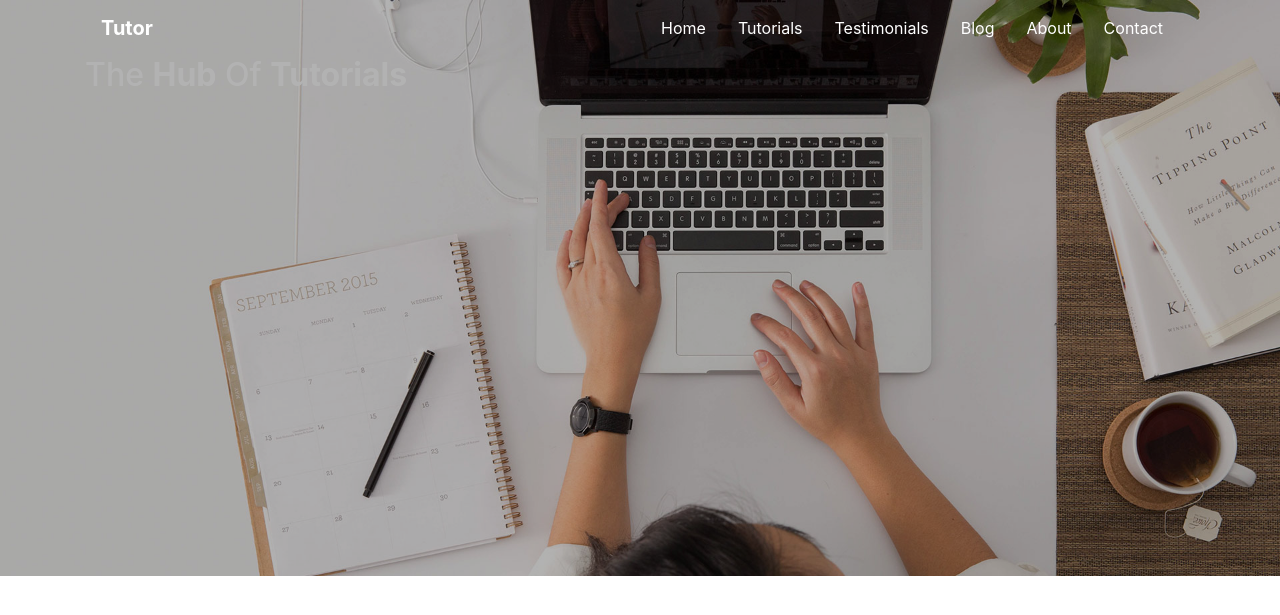
Repository: longvh2003/Tutor
Page: Views/home.html
These files come from the project's save history. The page is drawn as it stood at one moment and after the next save; the edit follows.
The browser window is 1280 px wide. The pictures show the whole page.
Some web libraries are served in a nearby version.

Above is the page before, as saved 2020-08-12 16:18:39.

### Views/home.html
<html lang="en">

<head>
    <meta charset="UTF-8">
    <meta name="viewport" content="width=device-width, initial-scale=1.0">
    <title>Home</title>
    <link rel="stylesheet" href="https://stackpath.bootstrapcdn.com/bootstrap/4.5.2/css/bootstrap.min.css"
        integrity="sha384-JcKb8q3iqJ61gNV9KGb8thSsNjpSL0n8PARn9HuZOnIxN0hoP+VmmDGMN5t9UJ0Z" crossorigin="anonymous">
    <link rel="stylesheet" href="https://use.fontawesome.com/releases/v5.12.0/css/all.css"
        integrity="sha384-REHJTs1r2ErKBuJB0fCK99gCYsVjwxHrSU0N7I1zl9vZbggVJXRMsv/sLlOAGb4M" crossorigin="anonymous" />
    <link rel="stylesheet" href="../Css/home.css">
</head>

<body>
    <section class="header">
        <div class="opacity"></div>
        <div class="container">
            <nav class="navbar navbar-light">
                <a class="navbar-brand text-white" href="#"><strong>Tutor</strong></a>
                <ul class="nav justify-content-center">
                    <li class="nav-item">
                        <a class="nav-link text-white" href="#">Home</a>
                    </li>
                    <li class="nav-item">
                        <a class="nav-link text-white" href="#">Tutorials</a>
                    </li>
                    <li class="nav-item">
                        <a class="nav-link text-white" href="#">Testimonials</a>
                    </li>
                    <li class="nav-item">
                        <a class="nav-link text-white" href="#">Blog</a>
                    </li>
                    <li class="nav-item">
                        <a class="nav-link text-white" href="#">About</a>
                    </li>
                    <li class="nav-item">
                        <a class="nav-link text-white" href="#">Contact</a>
                    </li>
                </ul>
            </nav>
            <div class="title-header">
                <h2 class="text-white">The <strong>Hub</strong> Of <strong>Tutorials</strong></h2>
            </div>
        </div>
    </section>
</body>

</html>

### Css/home.css
body {
  font-family: "Raleway", -apple-system, BlinkMacSystemFont, "Segoe UI", Roboto,
    "Helvetica Neue", Arial, "Noto Sans", sans-serif, "Apple Color Emoji",
    "Segoe UI Emoji", "Segoe UI Symbol", "Noto Color Emoji";
}
.header{
    background: url(../Image/hero_bg.jpg) no-repeat center center;
    height: 36rem;
    background-size: cover;
}
.opacity{
    position: absolute;
    width: 100%;
    height: 36rem;
    background: rgba(0, 0, 0, 0.3);
}

After the next save:
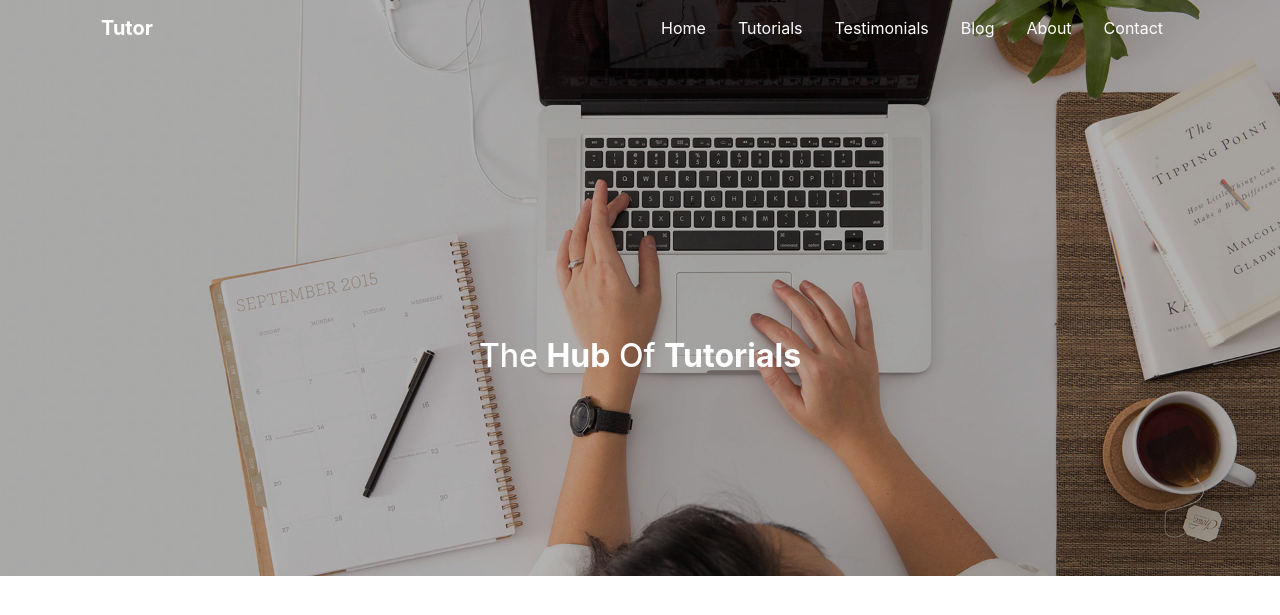
Saved 39 s later.
--- a/Css/home.css
+++ b/Css/home.css
@@ -14,3 +14,10 @@ body {
     height: 36rem;
     background: rgba(0, 0, 0, 0.3);
 }
+.title-header{
+    position: absolute;
+    z-index: 99999;
+    top: 50%;
+    left: 50%;
+    transform: translate(-50%,-50%);
+}
